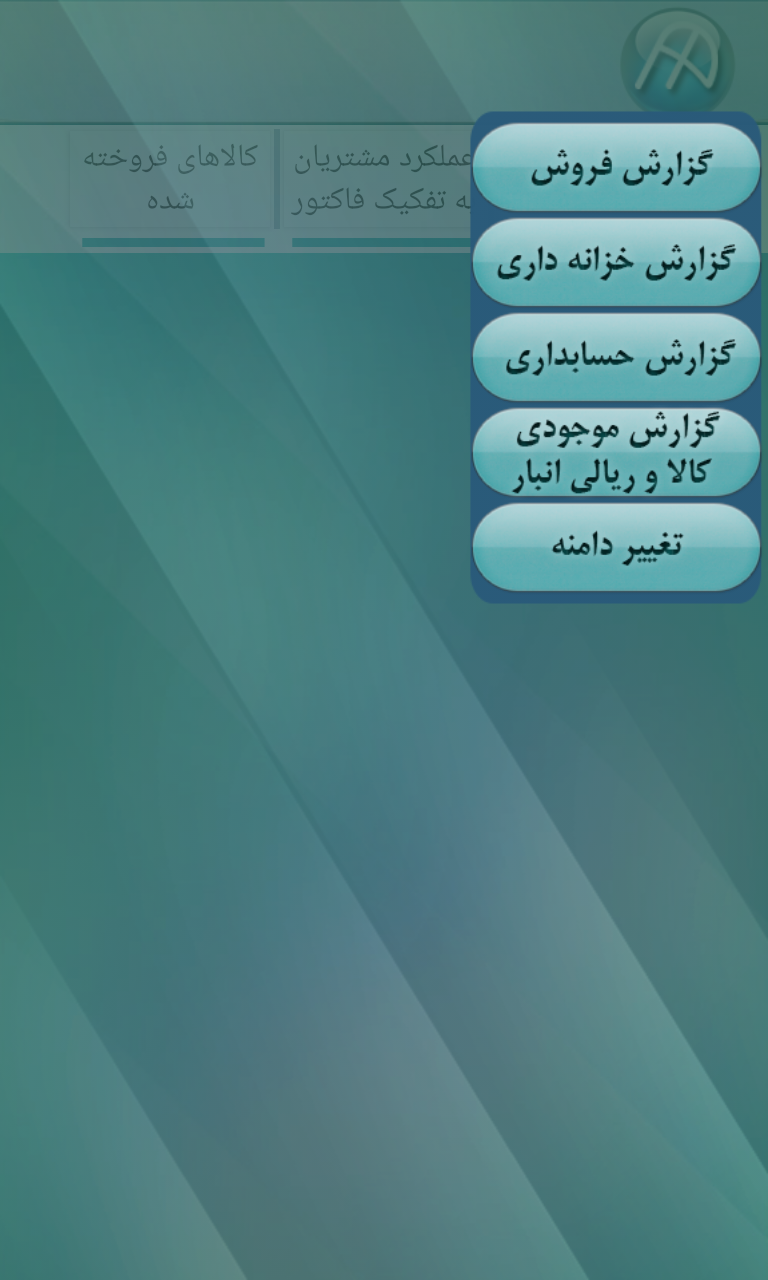
Repository: AtiehPardaz/Reports-Mobile
Layout: Reportsmobile/res/layout/activity_forosh.xml
These files come from the project's save history. The layout is drawn as it stood at one moment and after the next save; the edit follows.
It is drawn on a 768 x 1280 px phone screen (xhdpi) without system bars, with theme AppTheme; the app's code is not run. Lists and similar views that code fills are empty.

Above is the layout before, as saved 2015-03-09 14:19:36.

### Reportsmobile/res/layout/activity_forosh.xml
<RelativeLayout xmlns:android="http://schemas.android.com/apk/res/android"
    android:layout_width="fill_parent"
    android:layout_height="fill_parent"
    android:background="@drawable/backgroundsade" >

    <LinearLayout
        android:layout_width="match_parent"
        android:layout_height="match_parent"
        android:orientation="vertical" >

        <LinearLayout
            android:layout_width="match_parent"
            android:layout_height="wrap_content"
            android:background="@drawable/actionbar"
            android:gravity="right" >

            <ImageButton
                android:id="@+id/imgbtn_menu_forosh"
                android:layout_width="wrap_content"
                android:layout_height="wrap_content"
                android:layout_gravity="center"
                android:layout_marginRight="15dp"
                android:background="@drawable/homebutton"
                android:onClick="btnmenu"
                android:src="@drawable/btn_clickmenu" />
        </LinearLayout>

        <LinearLayout
            android:layout_width="match_parent"
            android:layout_height="wrap_content"
            android:background="@color/blue_actionbar2color"
            android:gravity="center"
            android:orientation="horizontal" >

            <Button
                android:id="@+id/tabbtn_kala_forosh"
                android:layout_width="100dp"
                android:layout_height="wrap_content"
                android:background="@color/blue_actionbar2color"
                android:text="کالاهای فروخته شده"
                android:textSize="16sp" />

            <View
                android:id="@+id/View02"
                android:layout_width="3dp"
                android:layout_height="50dp"
                android:layout_gravity="top"
                android:layout_margin="2dp"
                android:background="#88a6bd" />

            <Button
                android:id="@+id/tabbtn_faktor_forosh"
                android:layout_width="100dp"
                android:layout_height="wrap_content"
                android:background="@color/blue_actionbar2color"
                android:text="عملکرد مشتریان به تفکیک فاکتور"
                android:textSize="16sp" />

            <View
                android:id="@+id/View03"
                android:layout_width="3dp"
                android:layout_height="50dp"
                android:layout_gravity="top"
                android:layout_margin="2dp"
                android:background="#88a6bd" />

            <Button
                android:id="@+id/tabbtn_customer_forosh"
                android:layout_width="100dp"
                android:layout_height="wrap_content"
                android:background="@color/blue_actionbar2color"
                android:text="وضعیت مشتریان"
                android:textSize="16sp" />
        </LinearLayout>

        <LinearLayout
            android:layout_width="match_parent"
            android:layout_height="10dp"
            android:layout_gravity="center"
            android:background="@color/blue_actionbar2color"
            android:gravity="center" >

            <ImageButton
                android:id="@+id/imgbtn_underline_forokhte_forosh"
                android:layout_width="100dp"
                android:layout_height="wrap_content"
                android:layout_marginRight="5dp"
                android:background="@drawable/underline" />

            <ImageButton
                android:id="@+id/imgbtn_underline_faktor_forosh"
                android:layout_width="100dp"
                android:layout_height="wrap_content"
                android:layout_marginRight="5dp"
                android:background="@drawable/underline" />

            <ImageButton
                android:id="@+id/imgbtn_underline_customer_forosh"
                android:layout_width="100dp"
                android:layout_height="wrap_content"
                android:background="@drawable/underline" />
        </LinearLayout>

        <LinearLayout
            android:layout_width="match_parent"
            android:layout_height="wrap_content"
            android:orientation="vertical" >

            <android.support.v4.view.ViewPager
                android:id="@+id/pagerforosh"
                android:layout_width="match_parent"
                android:layout_height="match_parent" >
            </android.support.v4.view.ViewPager>

        </LinearLayout>

    </LinearLayout>

    <LinearLayout
        android:id="@+id/linearmenu_forosh"
        android:layout_width="match_parent"
        android:layout_height="match_parent"
        android:background="@drawable/backmenutransparent"
        android:gravity="right"
        android:visibility="visible" >

        <LinearLayout
            android:layout_width="wrap_content"
            android:layout_height="wrap_content"
            android:layout_gravity="center|top"
            android:layout_marginRight="2dp"
            android:layout_marginTop="55dp"
            android:background="@drawable/menubackground"
            android:gravity="right|center"
            android:orientation="vertical" >

            <ImageButton
                android:id="@+id/imgbtn_forosh_forosh"
                android:layout_width="wrap_content"
                android:layout_height="wrap_content"
                android:layout_marginTop="5dp"
                android:background="@drawable/btnforosh"
                android:src="@drawable/btn_click" />

            <ImageButton
                android:id="@+id/imgbtn_khazane_forosh"
                android:layout_width="wrap_content"
                android:layout_height="wrap_content"
                android:background="@drawable/btnkhazane"
                android:src="@drawable/btn_click" />

            <ImageButton
                android:id="@+id/imgbtn_hesabdari_forosh"
                android:layout_width="wrap_content"
                android:layout_height="wrap_content"
                android:background="@drawable/btnhesabdari"
                android:src="@drawable/btn_click" />

            <ImageButton
                android:id="@+id/imgbtn_kala_forosh"
                android:layout_width="wrap_content"
                android:layout_height="wrap_content"
                android:background="@drawable/btnkala"
                android:src="@drawable/btn_click" />

            <ImageButton
                android:id="@+id/imgbtn_domain_forosh"
                android:layout_width="wrap_content"
                android:layout_height="wrap_content"
                android:layout_marginBottom="5dp"
                android:background="@drawable/btndomain"
                android:src="@drawable/btn_click" />
        </LinearLayout>
    </LinearLayout>

</RelativeLayout>

### Reportsmobile/res/drawable/btn_clickmenu.xml
<selector xmlns:android="http://schemas.android.com/apk/res/android">
<item android:state_focused="true" android:drawable="@drawable/homebtnclick"/>
<item android:state_pressed="true" android:drawable="@drawable/homebtnclick" />
<item android:state_selected="true" android:drawable="@drawable/homebtnclick" />


</selector>

### Reportsmobile/res/values/colors.xml
<?xml version="1.0" encoding="utf-8"?>
<resources>

    <color name="first_row_text_color">#000000</color>
    <color name="holidays_text_color">#FF0000</color>
    <color name="first_row_background_color">#DDDDDD</color>

    <!-- solely used on QiblaCompassView -->
    <color name="background_color">#6E97B9</color>
    <color name="marker_color">#FFFFFF</color>
    <color name="text_color">#000000</color>
    <color name="bg_action_green">#3BB18E</color>
    <color name="bg_action_gray"> #dddddd</color>
    <color name="white_color"> #ffffff</color>
    <color name="blue_titlecolor"> #293897</color>
     <color name="blue_actionbar2color"> #d4e7f3</color>


</resources>

### Reportsmobile/res/drawable/btn_click.xml
<selector xmlns:android="http://schemas.android.com/apk/res/android">
<item android:state_focused="true" android:drawable="@drawable/btnclick"/>
<item android:state_pressed="true" android:drawable="@drawable/btnclick" />

</selector>

Loaded but not shown: Reportsmobile/res/values/styles.xml (common file); Reportsmobile/res/values-v11/styles.xml (common file); Reportsmobile/res/values-v14/styles.xml (common file)

After the next save:
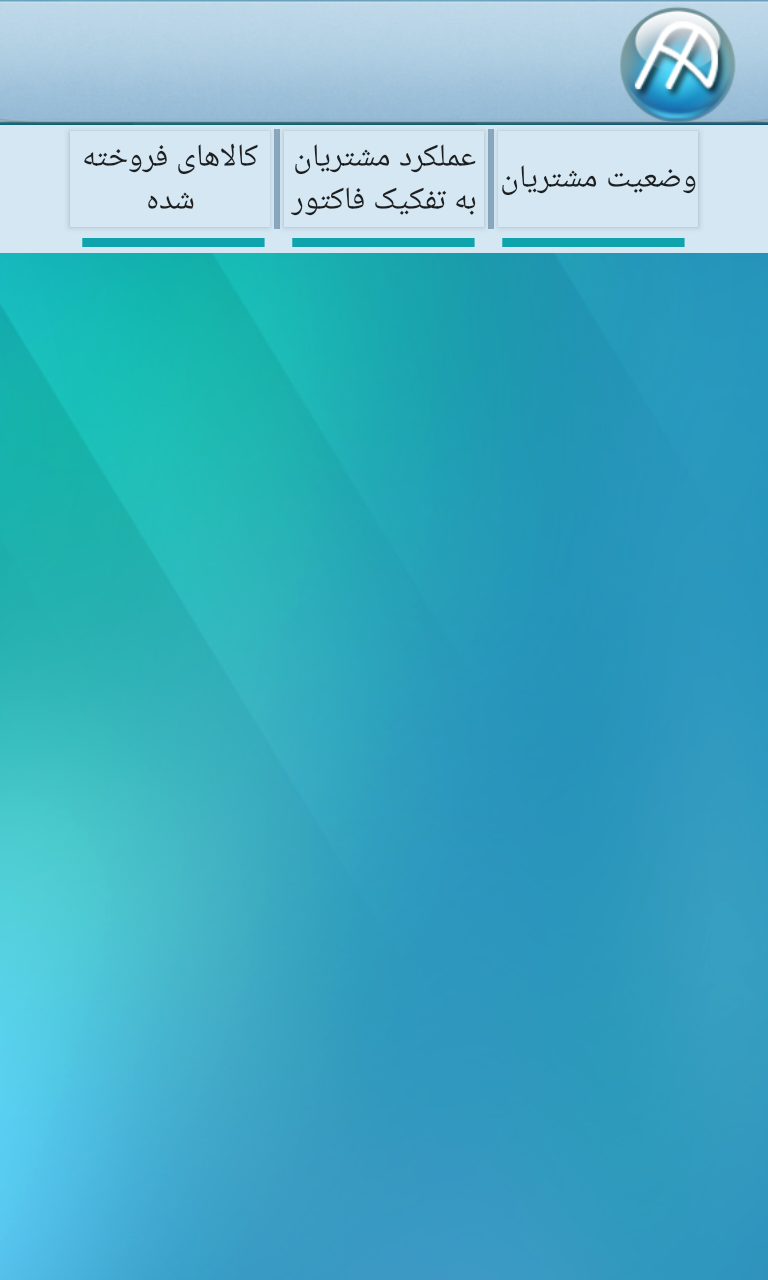
Saved 76 s later.
--- a/Reportsmobile/res/layout/activity_forosh.xml
+++ b/Reportsmobile/res/layout/activity_forosh.xml
@@ -122,7 +122,7 @@
         android:layout_height="match_parent"
         android:background="@drawable/backmenutransparent"
         android:gravity="right"
-        android:visibility="visible" >
+        android:visibility="gone" >
 
         <LinearLayout
             android:layout_width="wrap_content"
